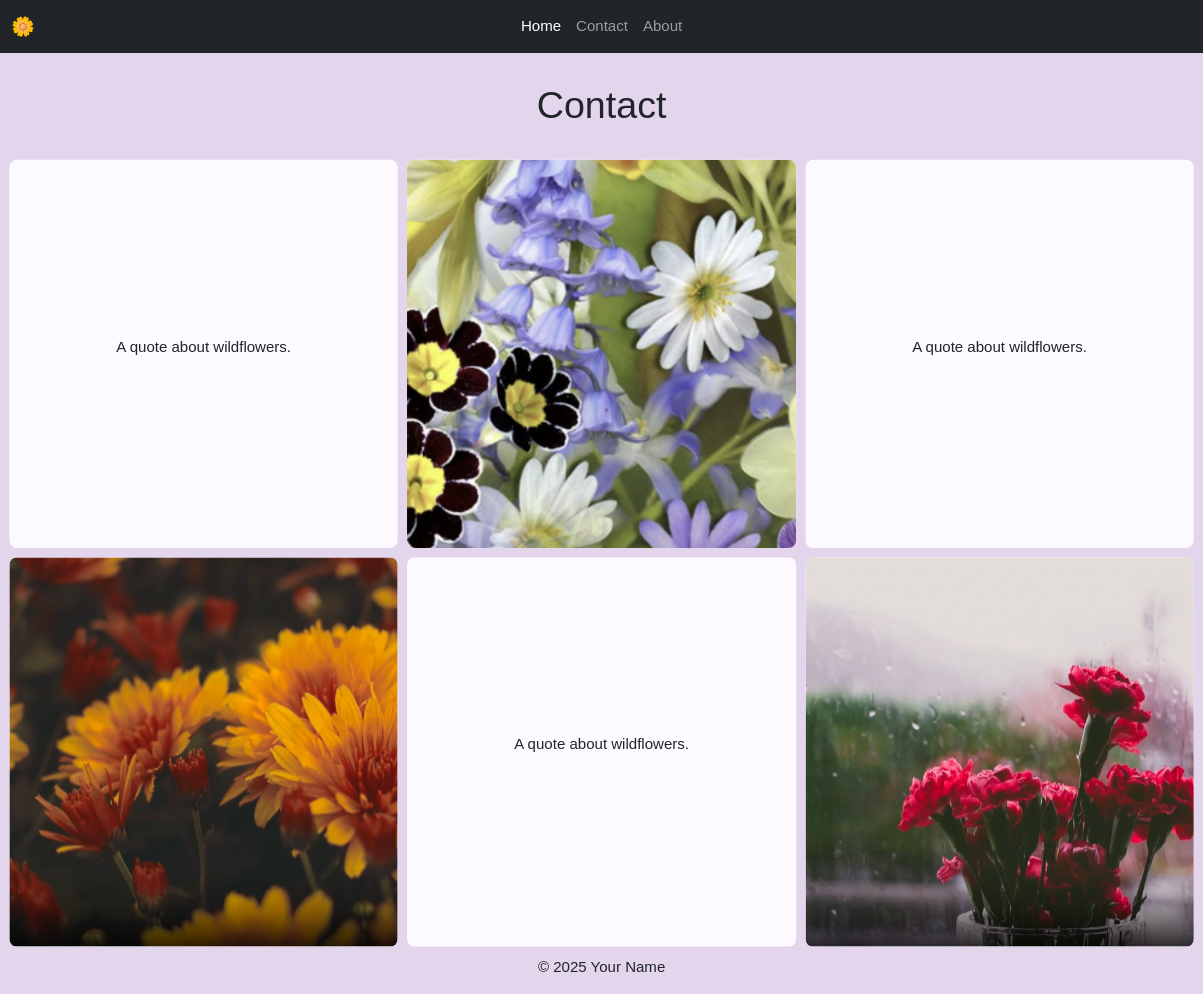
Repository: Brittany-Westlund/WebDesign
Page: FinalProject/contact.html
These files come from the project's save history. The page is drawn as it stood at one moment and after the next save; the edit follows.
The browser window is 1280 px wide. The pictures show the whole page, at 94% of full size.

Above is the page before, as saved 2025-06-16 20:50:24.

After the next save:
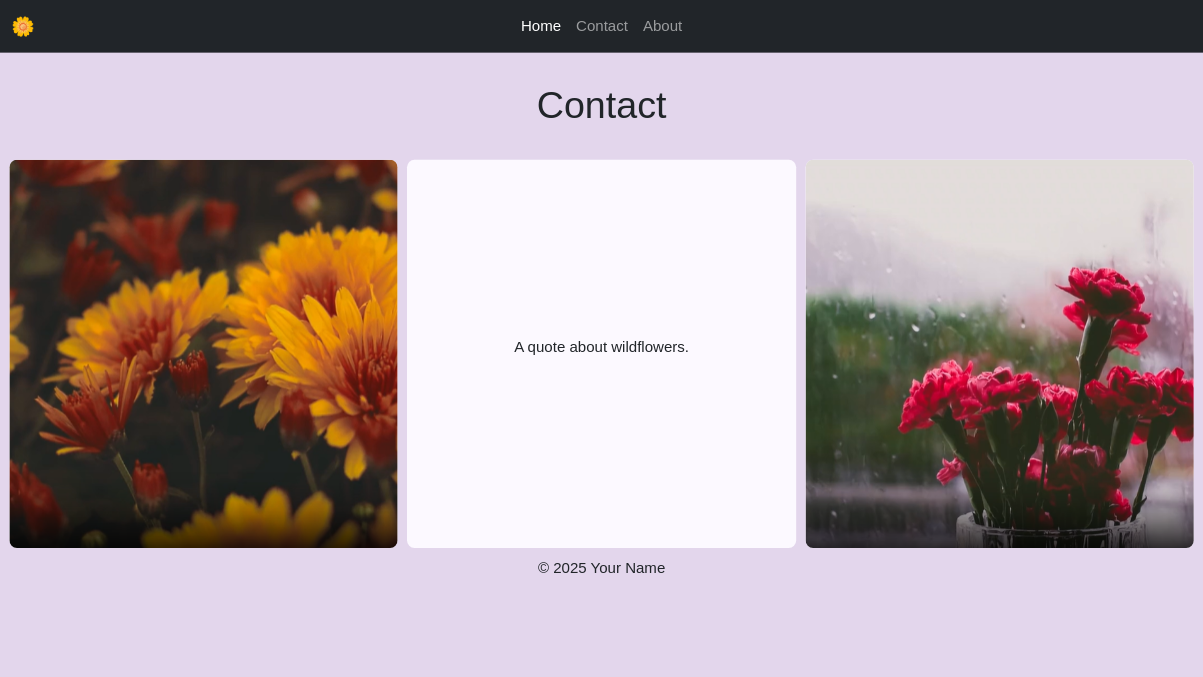
Saved 19 s later.
--- a/FinalProject/contact.html
+++ b/FinalProject/contact.html
@@ -38,14 +38,10 @@
 
     <!-- Here is my gallery section -->
     <div class="gallery">
-      <div class="item"><p>A quote about wildflowers.</p></div>
-      <div class="item"><img src="images/wildflowers-square.png" alt="A closeup of wildflowers"></div>
-      <div class="item"><p>A quote about wildflowers.</p></div>
       <div class="item"><img src="images/orange-flowers.png" alt="A closeup of orange flowers"></div>
       <div class="item"><p>A quote about wildflowers.</p></div>
       <div class="item"><img src="images/red-flowers.png" alt="A closeup of red flowers"></p></div>
     </div>
-
 
 
     </main>
